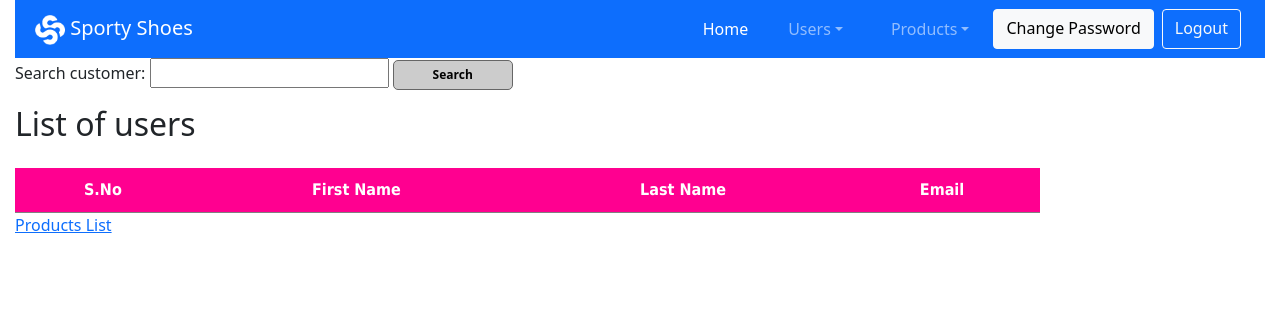
Repository: anuragkr41/FSDPhase3
Page: http://localhost/sporty-shoes/WEB-INF/view/list-users.jsp
The author's editor kept a copy of each file at every save. The page is drawn from the files as they stood at one save, then again after the next save.
The browser window is 1280 px wide. The pictures show the whole page.
The page is served by Tomcat 9. Nobody is signed in. The template is opened directly, without the code that normally fills it, so the values that code supplies are empty.

Above is the page before, as saved 2021-07-25 17:19:14.

After the next save:
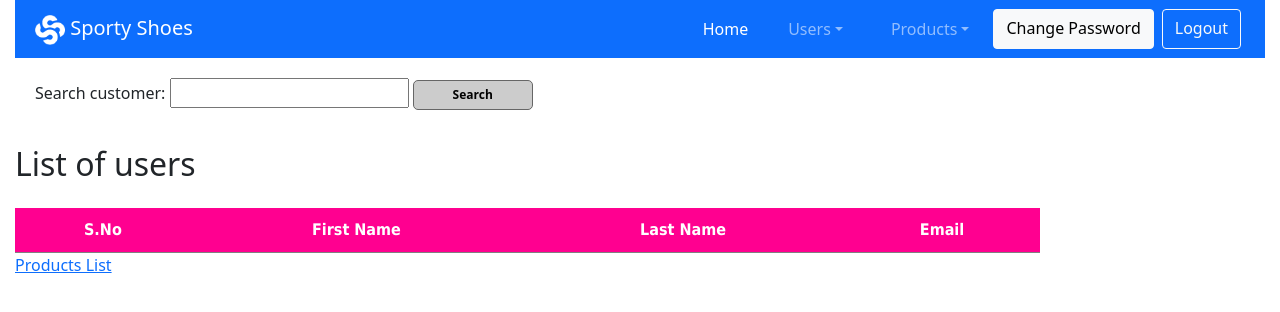
Saved 36 s later.
--- a/sporty-shoes/WebContent/WEB-INF/view/list-users.jsp
+++ b/sporty-shoes/WebContent/WEB-INF/view/list-users.jsp
@@ -30,7 +30,7 @@
 	<div id="wrapper">
 		<div id="content">
 		<!--  add a search box -->
-            <form:form action="search" method="GET">
+            <form:form action="search" method="GET" style="margin: 20px">
                 Search customer: <input type="text" name="theSearchName" />
                 <input type="submit" value="Search" class="add-button" />
             </form:form>
